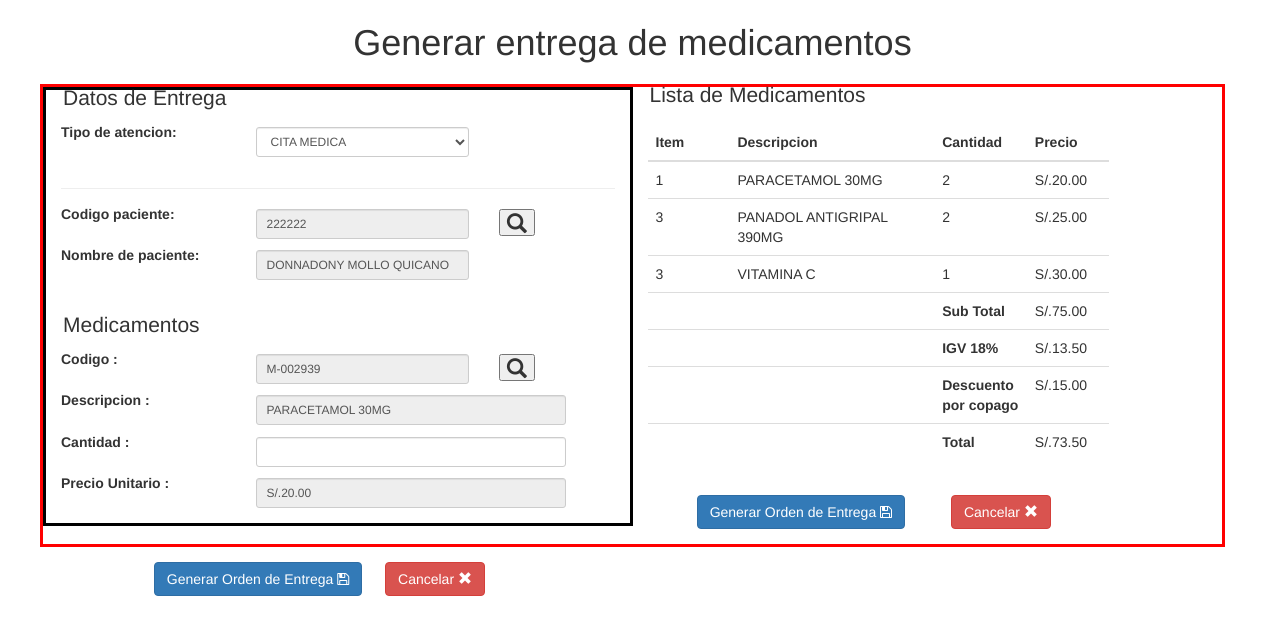
Repository: Donyx10/ADSII-ProyectoClinica
Page: http://localhost/AvanceWeb/GenerarOrdenDeEntregaDeMedicamentos2.jsp
These files come from the project's save history. The page is drawn as it stood at one moment and after the next save; the edit follows.
The browser window is 1280 px wide. The pictures show the whole page.
Some web fonts or font styles are not loaded; a fallback is used. The page is served by Tomcat 9.

Above is the page before, as saved 2018-06-07 16:34:10.

After the next save:
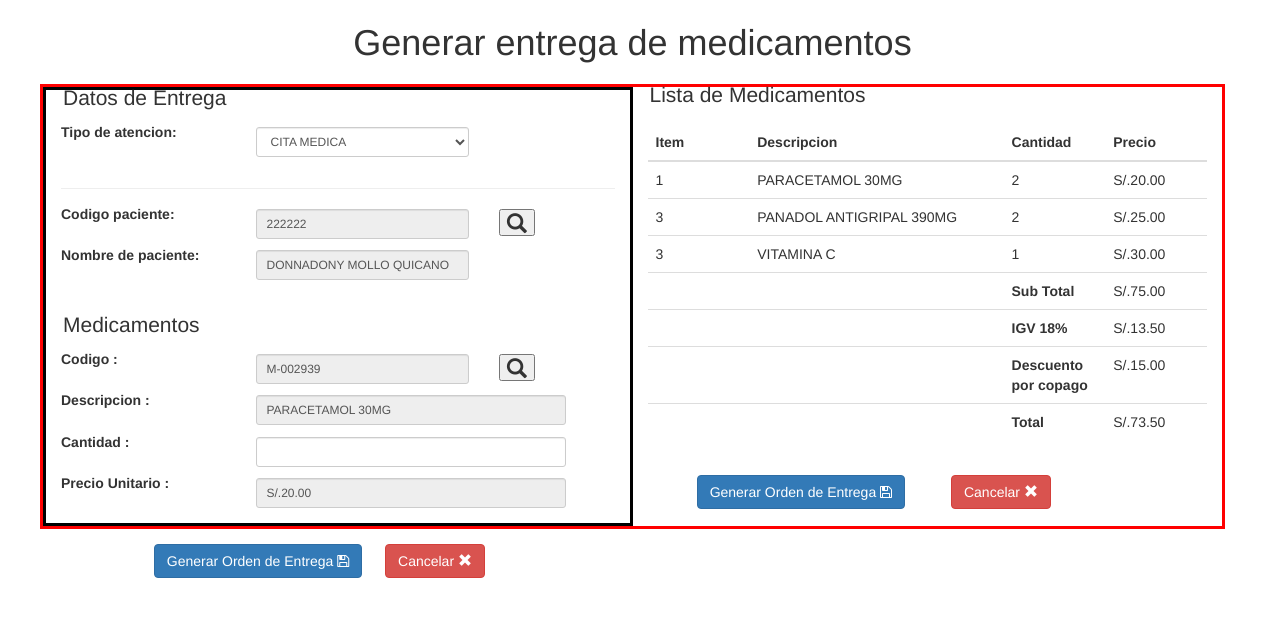
Saved 6 s later.
--- a/WebDemo/AvanceWeb/WebContent/GenerarOrdenDeEntregaDeMedicamentos2.jsp
+++ b/WebDemo/AvanceWeb/WebContent/GenerarOrdenDeEntregaDeMedicamentos2.jsp
@@ -169,7 +169,7 @@
 
 								<legend> Lista de Medicamentos</legend>
 								<div class="row">
-									<div class="col-md-10">
+									<div class="col-md-12">
 										<table class="table table-sm">
 											<thead>
 												<tr>
